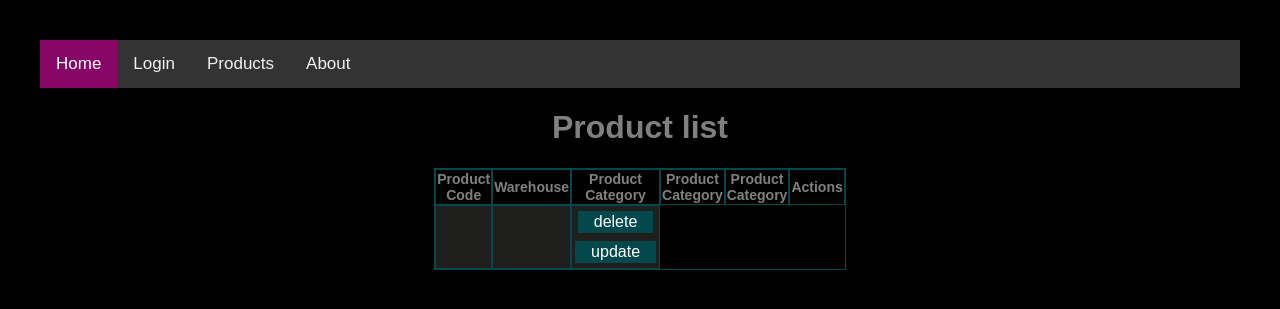
Repository: chaimakr/lab3-microservices-architecture
Page: http://localhost/
These files come from the project's save history. The page is drawn as it stood at one moment and after the next save; the edit follows.
The browser window is 1280 px wide. The pictures show the whole page.
The page is served by the project's application, run on Flask 3 (UI/app.py).

Above is the page before, as saved 2022-05-29 15:16:53.

### UI/templates/index.html
{% extends 'base.html' %}

{% block head %}
{% endblock %}

{% block body %}
<div class="content">
    <h1>Product list</h1>
    <table>
        <tr>
            <th>Product Code</th>
            <th>Warehouse</th>
            <th>Product Category</th>
            <th>Product Category</th>
            <th>Product Category</th>
            <th>Actions</th>
        </tr>
        <tr>
            <td></td>
            <td></td>
            <td>
                <a href="" class="button">delete</a>
                <br>
                <a href="" class="button">update</a>
            </td>
        </tr>
    </table>
</div>
{% endblock %}

### UI/templates/base.html
<!DOCTYPE html>
<html lang="en">
<head>
    <meta charset="UTF-8">
    <meta http-equiv="X-UA-Compatible" content="IE=edge">
    <meta name="viewport" content="width=device-width, initial-scale=1.0">
    <link rel="stylesheet" href="{{ url_for('static', filename='css/main.css') }}">
    {% block head %} {% endblock%}
</head>
<body>
    {% include 'shared/navbar.html' %}
    {% block body %} {% endblock%}
</body>
</html>

### UI/templates/shared/navbar.html
<div class="topnav">
    <a class="active" href="#home">Home</a>
    <a href="#news">Login</a>
    <a href="#contact">Products</a>
    <a href="#about">About</a>
  </div>

### UI/app.py
from email.policy import default
from flask import Flask, render_template , url_for
from flask_sqlalchemy import SQLAlchemy
import sqlalchemy
from datetime import datetime
app = Flask(__name__)
app.config['SQLALCHEMY_DATABASE_URI']= 'sqlite:///test.db'
db = SQLAlchemy(app)

class product(db.Model):
    Product_Code= db.Column(db.String(15), primary_key= True)
    Warehouse= db.Column(db.String(20), nullable=False)
    Product_Category= db.Column(db.String(20), nullable=False)
    Date= db.Column(db.DateTime, default= datetime.utcnow)
    Order_Demand= db.Column(db.String(200), nullable=False)

    def __repr__(self) -> str:
        return '<product %p>' % self.id

@app.route("/")
def index():
    return render_template('index.html')

if __name__ == "__main__":
    app.run(debug=True)

### UI/static/css/main.css
body, html {
    margin: 20px;
    font-family: sans-serif;
    background-color: black;
    color:gray;
    lighting-color:blue;
    outline-color:white;
    text-align:center;
}
center{
    margin-left: auto;
    margin-right: auto;

}
table, th, td{
    border: 1px solid #02484d;
    border-spacing: 0;
    width: 33%;
    font-size:14px;
    margin-left: auto;
    margin-right: auto;
    border: .5px;
    border-style: solid;
    border-color: #02484d;
}

tr:nth-child(even) {
  background-color: #1f1f1e;
}

input[type=text], select {
  width: 50;
  padding: 12px 20px;
  margin: 8px 0;
  display: inline-block;
  border: 1px solid #013438;
  border-radius: 6px;
  border-color: #013438;
  box-sizing: border-box;
  background-color:#1f1f1e;
  color:white;
  margin-right: 40px;

}

input[type=submit] {
  width: 50;
  background-color: #02484d;
  color: white;
  padding: 10px 20px;
  margin: 8px 0;
  border: none;
  border-radius: 4px;
  cursor: pointer;
}

input[type=submit]:hover {
  background-color: #03282b;
  color:gray;

}

.button {
  background-color: #02484d;
  border: none;
  color: white;
  padding: 2px 16px;
  text-align: center;
  text-decoration: none;
  display: inline-block;
  font-size: 16px;
  margin: 4px 2px;
  cursor: pointer;
}

.button:hover {
  background-color: #03282b;
  border: 4px;
  color: white;
  border-color: white;
  padding: 2px 16px;
  text-align: center;
  text-decoration: none;
  display: inline-block;
  font-size: 16px;
  margin: 4px 2px;
  cursor: pointer;
  color:gray;
}
body, html {
    margin: 20px;
    font-family: sans-serif;
    background-color: black;
    color:gray;
    lighting-color:blue;
    outline-color:white;
    text-align:center;
}
center{
    margin-left: auto;
    margin-right: auto;

}
table, th, td{
    border: 1px solid #02484d;
    border-spacing: 0;
    width: 33%;
    font-size:14px;
    margin-left: auto;
    margin-right: auto;
    border: .5px;
    border-style: solid;
    border-color: #02484d;
}

tr:nth-child(even) {
  background-color: #1f1f1e;
}

input[type=text], select {
  width: 50;
  padding: 12px 20px;
  margin: 8px 0;
  display: inline-block;
  border: 1px solid #013438;
  border-radius: 6px;
  border-color: #013438;
  box-sizing: border-box;
  background-color:#1f1f1e;
  color:white;
  margin-right: 40px;

}

input[type=submit] {
  width: 50;
  background-color: #02484d;
  color: white;
  padding: 10px 20px;
  margin: 8px 0;
  border: none;
  border-radius: 4px;
  cursor: pointer;
}

input[type=submit]:hover {
  background-color: #03282b;
  color:gray;

}

.button {
  background-color: #02484d;
  border: none;
  color: white;
  padding: 2px 16px;
  text-align: center;
  text-decoration: none;
  display: inline-block;
  font-size: 16px;
  margin: 4px 2px;
  cursor: pointer;
}

.button:hover {
  background-color: #03282b;
  border: 4px;
  color: white;
  border-color: white;
  padding: 2px 16px;
  text-align: center;
  text-decoration: none;
  display: inline-block;
  font-size: 16px;
  margin: 4px 2px;
  cursor: pointer;
  color:gray;
}
.topnav {
    background-color: #333;
    overflow: hidden;
  }

  /* Style the links inside the navigation bar */
  .topnav a {
    float: left;
    color: #f2f2f2;
    text-align: center;
    padding: 14px 16px;
    text-decoration: none;
    font-size: 17px;
  }

  /* Change the color of links on hover */
  .topnav a:hover {
    background-color: #ddd;
    color: black;
  }

  /* Add a color to the active/current link */
  .topnav a.active {
    background-color: #880666;
    color: white;
  }

After the next save:
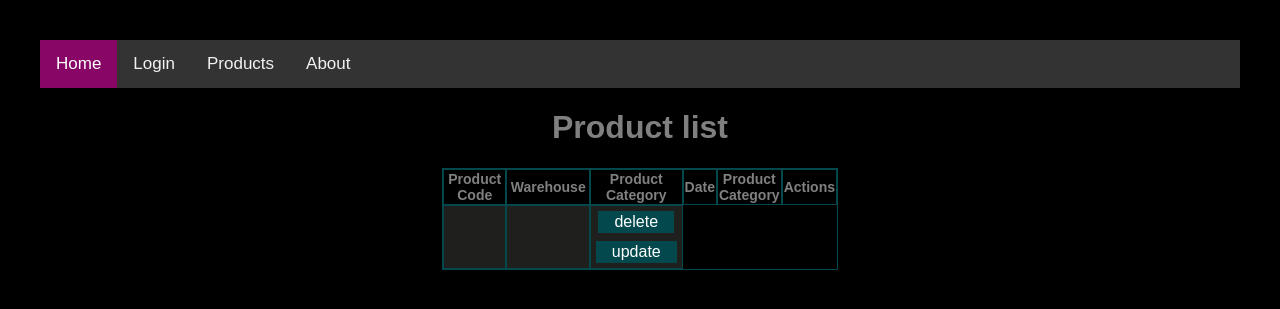
Saved 24 s later.
--- a/UI/templates/index.html
+++ b/UI/templates/index.html
@@ -11,7 +11,7 @@
             <th>Product Code</th>
             <th>Warehouse</th>
             <th>Product Category</th>
-            <th>Product Category</th>
+            <th>Date</th>
             <th>Product Category</th>
             <th>Actions</th>
         </tr>
